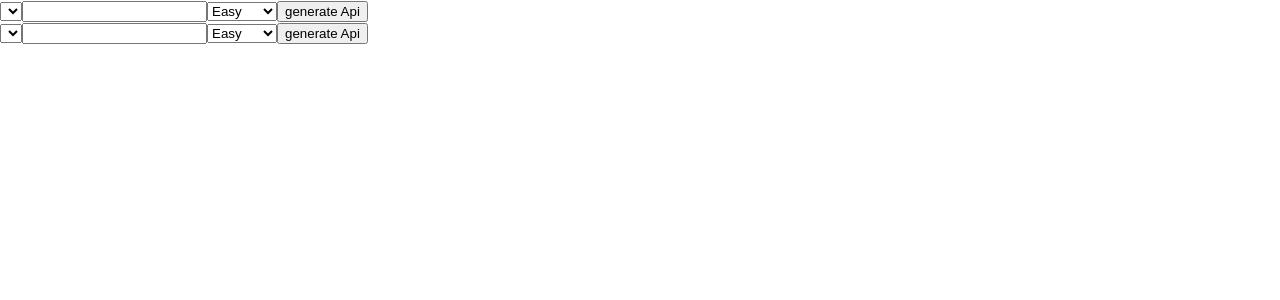
Repository: ranausama48/quiz-App
Page: /
An editor plug-in stored every save of this project. The page is shown before and after a run of saves, followed by the edit.
The browser window is 1280 px wide. The pictures show the whole page.
The page's requests for data from a server got no answer. The project was rebuilt for these pictures with package versions that can differ from the ones it lists, and the page was loaded fresh each time. No one was signed in, and anything a server would have sent is missing. Also part of the build but not shown: src/components/QuestionCard.tsx.

Above is the page before, as saved 2020-07-26 10:41:53.

After the next 2 saves:
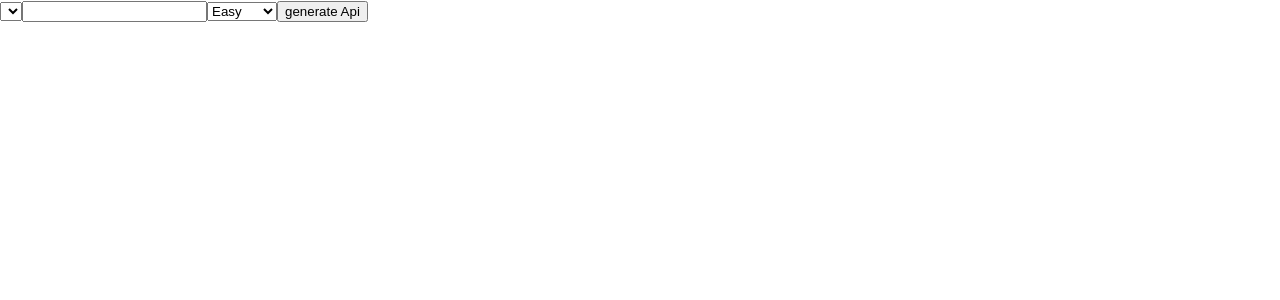
The 2 saves are shown as one change because 1 did not build or start.
The last was saved 20 min 50 s later.
--- a/src/App.tsx
+++ b/src/App.tsx
@@ -104,14 +104,14 @@ function App() {
 
       {console.log(quiz)}
       {quiz[0] ? (
-        <QuestionCard
-          score={score}
-          nextHanlder={nextHanlder}
-          option={quiz[currentQues].option}
-          question={quiz[currentQues].question}
-        />
+        // <QuestionCard
+        //   score={score}
+        //   nextHanlder={nextHanlder}
+        //   option={quiz[currentQues].option}
+        //   question={quiz[currentQues].question}
+        // />
+        <Main />
       ) : null}
-      <Main></Main>
     </div>
   );
 }
--- a/src/components/QuizDash.tsx
+++ b/src/components/QuizDash.tsx
@@ -79,39 +79,12 @@ function App() {
 
   // if (!quiz.length) return <div>Loading....</div>;
   return (
-    <div className="app">
-      {console.log(apiParams)}
-
-      <select onChange={changeHandler} name="catagory">
-        {catagories
-          ? catagories.map((data: any, index: number) => (
-              <option value={data.id}>{data.name}</option>
-            ))
-          : []}
-      </select>
-      <input
-        type="number"
-        name="questionLength"
-        id=""
-        onChange={changeHandler}
-      />
-      <select onChange={changeHandler} name="level">
-        <option value="easy">Easy</option>
-        <option value="medium">Medium</option>
-        <option value="hard">Hard</option>
-      </select>
-      <button onClick={generateApi}> generate Api</button>
-
-      {console.log(quiz)}
-      {quiz[0] ? (
-        <QuestionCard
-          score={score}
-          nextHanlder={nextHanlder}
-          option={quiz[currentQues].option}
-          question={quiz[currentQues].question}
-        />
-      ) : null}
-    </div>
+    <QuestionCard
+      score={score}
+      nextHanlder={nextHanlder}
+      option={quiz[currentQues].option}
+      question={quiz[currentQues].question}
+    />
   );
 }
 
